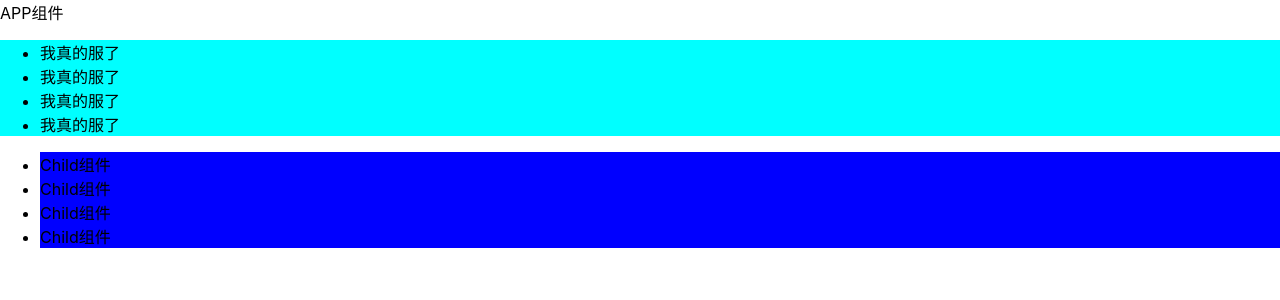
Repository: pagelam97/React-Test-Project
Page: /
These files come from the project's save history. The page is drawn as it stood at one moment and after the next save; the edit follows.
The browser window is 1280 px wide. The pictures show the whole page.
The project was rebuilt for these pictures with package versions that can differ from the ones it lists, and the page was loaded fresh each time.

Above is the page before, as saved 2022-09-01 16:05:34.

### src/index.js
import React from 'react';
import ReactDOM from 'react-dom/client';
import './index.css';
import App from './App';
// import reportWebVitals from './reportWebVitals';

const root = ReactDOM.createRoot(document.getElementById('root'));
root.render(
 // <React.StrictMode>

    <App />

  //</React.StrictMode>
);

// If you want to start measuring performance in your app, pass a function
// to log results (for example: reportWebVitals(console.log))
// or send to an analytics endpoint. Learn more: https://bit.ly/CRA-vitals
// reportWebVitals();

### src/App.js
import  style from './App.module.css';
import { useEffect } from 'react';
import axios from 'axios';

import Child from './Child';

function App() {

  // useEffect(()=>{
  // axios({
  //   method:'get',
  //   url:`ajax/moreCinemas?movieId=0&day=2022-09-01&offset=0&limit=20&districtId=-1&lineId=-1&hallType=-1&brandId=-1&serviceId=
  //   -1&areaId=-1&stationId=-1&item=&updateShowDay=true&reqId=1662017357743&cityId=562&optimus_uuid=BC9EFC4029C711ED8B46250E871F
  //   BE3306AB1A39AFF941C58F5D6BC13A477048&optimus_risk_level=71&optimus_code=10`
  // }).then(res=>{console.log(res);})
  // },[])




  return (
    <div className="App">
      APP组件

      <ul className={style.appStyle}>
        <li>
          我真的服了
        </li>
        <li>
          我真的服了
        </li>
        <li>
          我真的服了
        </li>
        <li>
          我真的服了
        </li>
      </ul>
<Child/>

    </div>
  );
}

export default App;

### src/App.module.css
.appStyle {
  background-color: aqua;
}

### src/Child.js
import React from 'react'
import style from './Child.module.css'

console.log(style);

export default function Child() {
    return (
        <div>
            <ul className={style.childStyle}>
                <li>Child组件</li>
                <li>Child组件</li>
                <li>Child组件</li>
                <li>Child组件</li>
            </ul>

        </div>
    )
}

### src/Child.module.css
.childStyle li{
    background-color: blue;
}

Loaded but not shown: public/index.html (common file); src/index.css (common file)

After the next save:
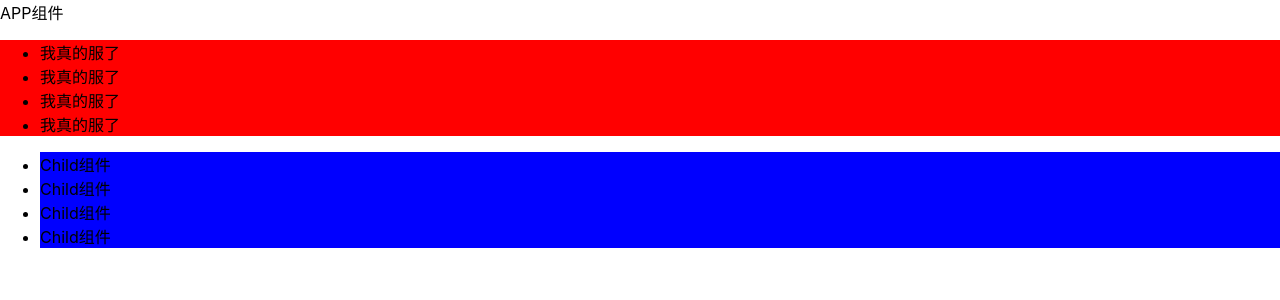
Saved 11 s later.
--- a/src/App.module.css
+++ b/src/App.module.css
@@ -1,3 +1,3 @@
 .appStyle {
-  background-color: aqua;
+  background-color: red
 }
